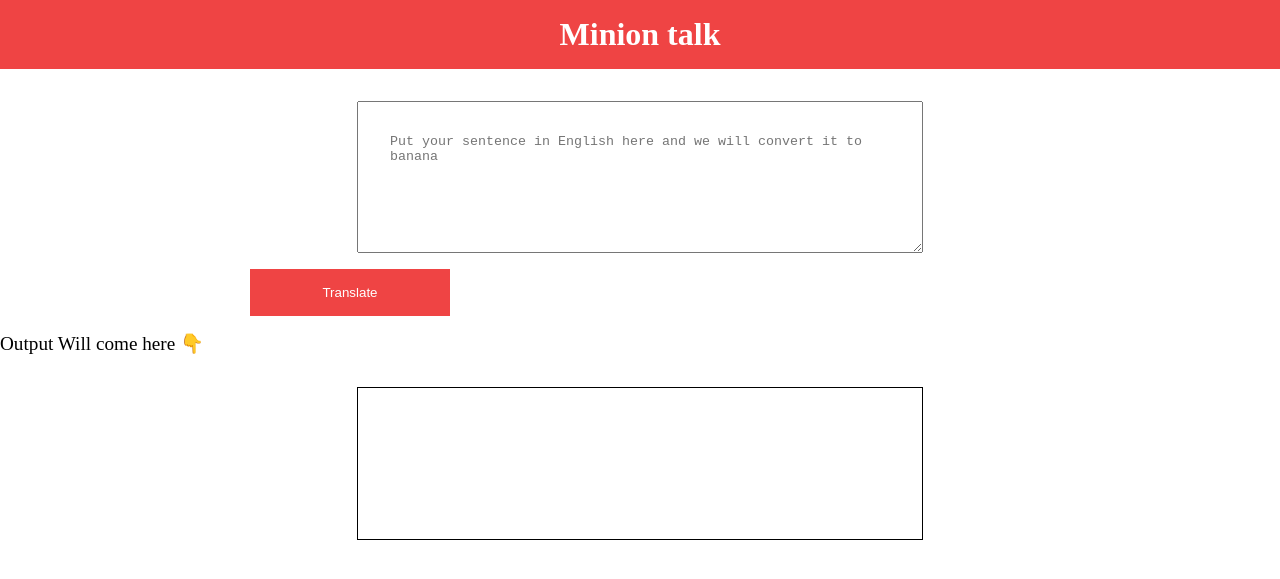
Repository: sohan2503001/Avator-speak
Page: index.html
An editor plug-in stored every save of this project. The page is shown before and after a run of saves, followed by the edit.
The browser window is 1280 px wide. The pictures show the whole page.

Above is the page before, as saved 2021-04-21 03:48:22.

After the next 6 saves:
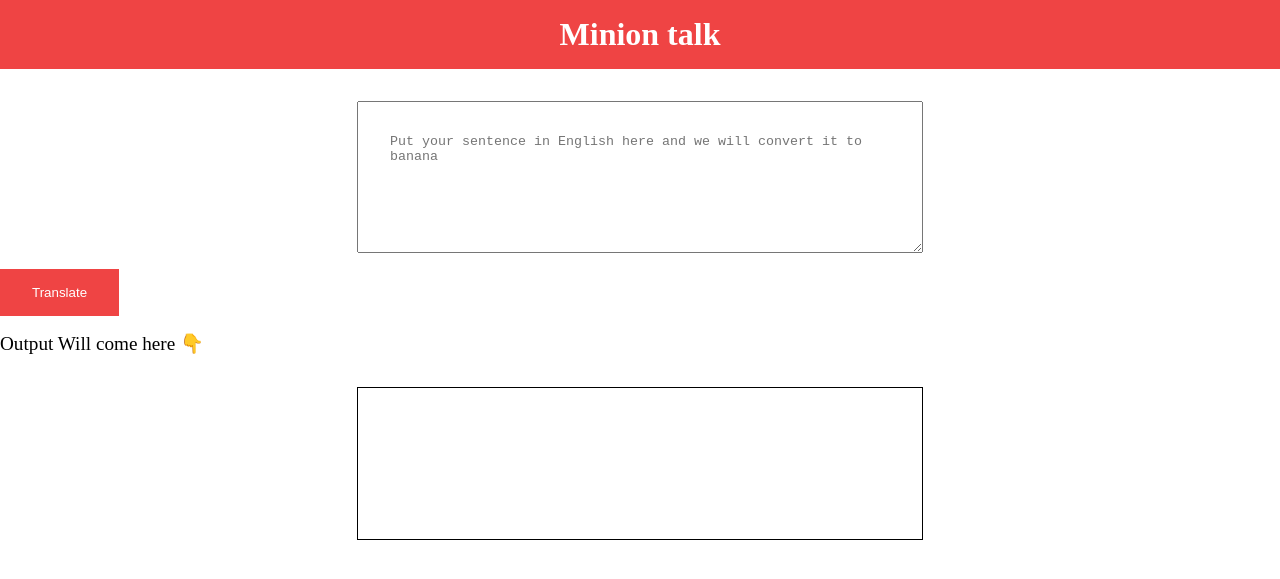
The 6 saves are shown as one change because they came seconds apart.
The last was saved 27 s later.
--- a/style.css
+++ b/style.css
@@ -29,14 +29,11 @@ textarea{
 
 #btn-translate{
     padding: 1rem 2rem;
-    width: 200px;
     margin: 1rem 0rem;
-    left: 250px;
-    position: relative;
     background-color: var(--primary-color);
     border: none;
     color: white;
-
+    box-sizing: border-box;
 }
 
 #output{
